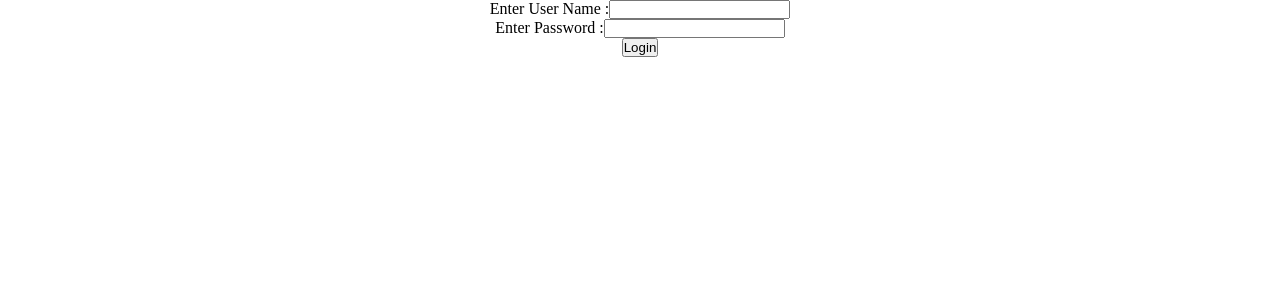
Repository: MyselfAman/Login_Page_Servlet
Page: http://localhost/Login_Page/login.jsp
These files come from the project's save history. The page is drawn as it stood at one moment and after the next save; the edit follows.
The browser window is 1280 px wide. The pictures show the whole page.
The page is served by Tomcat 9.

Above is the page before, as saved 2019-08-08 03:47:09.

After the next save:
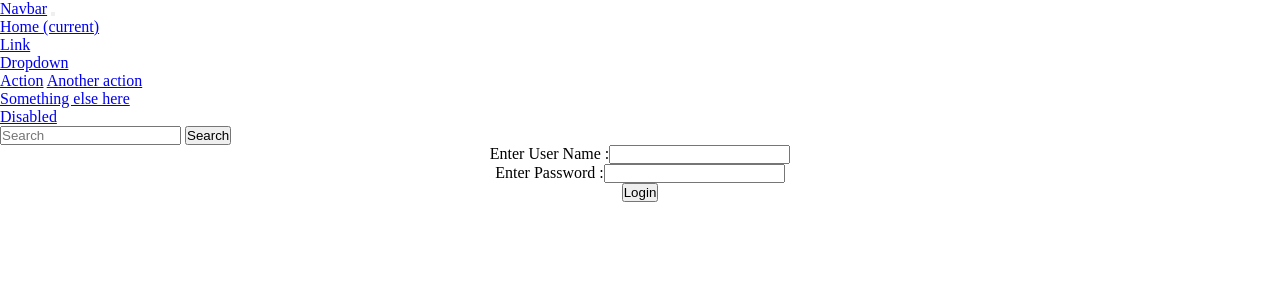
Saved 4 min 28 s later.
--- a/Login_Page/WebContent/login.jsp
+++ b/Login_Page/WebContent/login.jsp
@@ -8,6 +8,41 @@
  <link href="style.css" rel="stylesheet" type="text/css">
 </head>
 <body>
+<nav class="navbar navbar-expand-lg navbar-light bg-light">
+  <a class="navbar-brand" href="#">Navbar</a>
+  <button class="navbar-toggler" type="button" data-toggle="collapse" data-target="#navbarSupportedContent" aria-controls="navbarSupportedContent" aria-expanded="false" aria-label="Toggle navigation">
+    <span class="navbar-toggler-icon"></span>
+  </button>
+
+  <div class="collapse navbar-collapse" id="navbarSupportedContent">
+    <ul class="navbar-nav mr-auto">
+      <li class="nav-item active">
+        <a class="nav-link" href="#">Home <span class="sr-only">(current)</span></a>
+      </li>
+      <li class="nav-item">
+        <a class="nav-link" href="#">Link</a>
+      </li>
+      <li class="nav-item dropdown">
+        <a class="nav-link dropdown-toggle" href="#" id="navbarDropdown" role="button" data-toggle="dropdown" aria-haspopup="true" aria-expanded="false">
+          Dropdown
+        </a>
+        <div class="dropdown-menu" aria-labelledby="navbarDropdown">
+          <a class="dropdown-item" href="#">Action</a>
+          <a class="dropdown-item" href="#">Another action</a>
+          <div class="dropdown-divider"></div>
+          <a class="dropdown-item" href="#">Something else here</a>
+        </div>
+      </li>
+      <li class="nav-item">
+        <a class="nav-link disabled" href="#" tabindex="-1" aria-disabled="true">Disabled</a>
+      </li>
+    </ul>
+    <form class="form-inline my-2 my-lg-0">
+      <input class="form-control mr-sm-2" type="search" placeholder="Search" aria-label="Search">
+      <button class="btn btn-outline-success my-2 my-sm-0" type="submit">Search</button>
+    </form>
+  </div>
+</nav>
 
 	<form action="login" class="login">
 	 Enter User Name :<input type="text" name="username" ><br>
